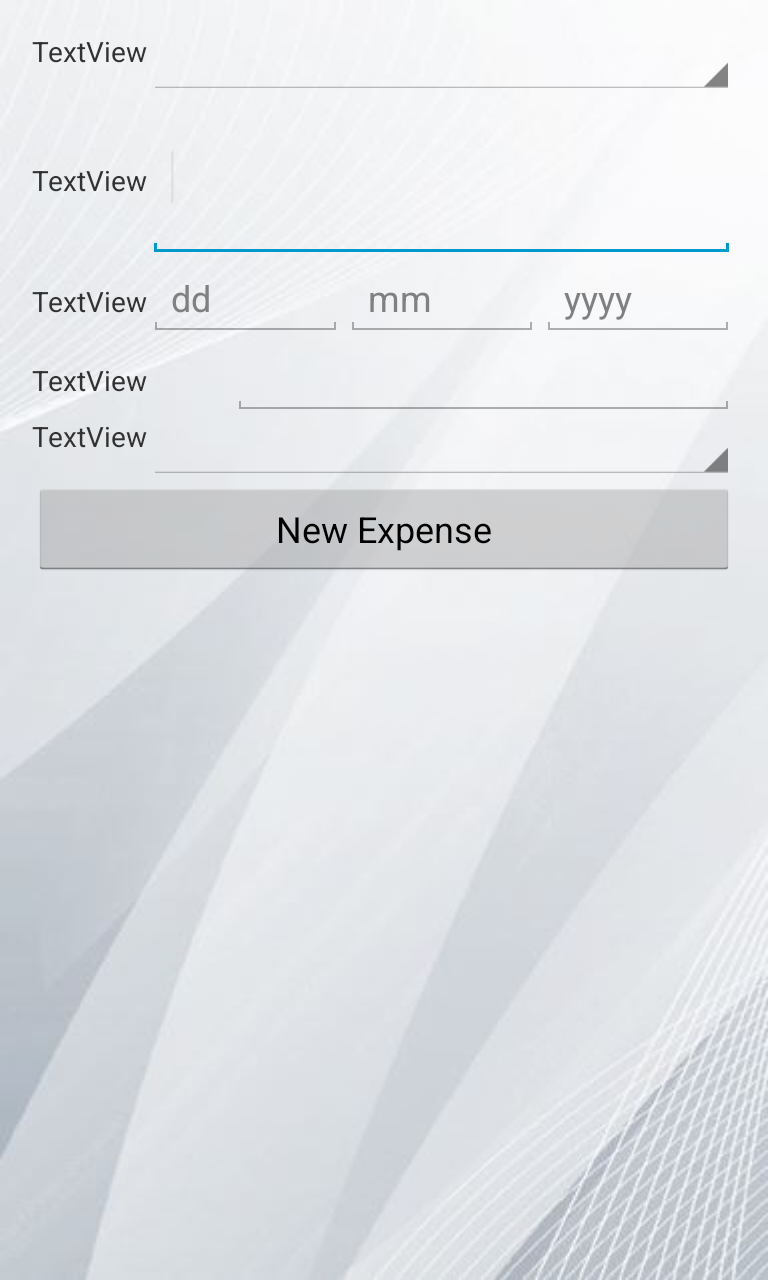
Repository: eorodrig/eorodrigTravelLogger
Layout: TravelLogger/res/layout/activity_new_expense.xml
These files come from the project's save history. The layout is drawn as it stood at one moment and after the next save; the edit follows.
It is drawn on a 768 x 1280 px phone screen (xhdpi) without system bars, with theme AppTheme; the app's code is not run.

Above is the layout before, as saved 2015-01-19 05:48:43.

### TravelLogger/res/layout/activity_new_expense.xml
<RelativeLayout xmlns:android="http://schemas.android.com/apk/res/android"
    xmlns:tools="http://schemas.android.com/tools"
    android:layout_width="match_parent"
    android:layout_height="match_parent"
    android:paddingBottom="@dimen/activity_vertical_margin"
    android:paddingLeft="@dimen/activity_horizontal_margin"
    android:paddingRight="@dimen/activity_horizontal_margin"
    android:paddingTop="@dimen/activity_vertical_margin"
    android:background="@drawable/bg"
    tools:context="com.example.travellogger.NewExpenseActivity" >

    <LinearLayout
        android:layout_width="match_parent"
        android:layout_height="wrap_content"
        android:orientation="vertical" >

        <LinearLayout
            android:layout_width="match_parent"
            android:layout_height="wrap_content" >

            <TextView
                android:id="@+id/textView1"
                android:layout_width="wrap_content"
                android:layout_height="wrap_content"
                android:text="TextView" />

            <Spinner
                android:id="@+id/newExpenseSpinner"
                android:layout_width="wrap_content"
                android:layout_height="wrap_content"
                android:layout_weight="1" />

        </LinearLayout>

        <LinearLayout
            android:layout_width="match_parent"
            android:layout_height="wrap_content" >

            <TextView
                android:id="@+id/textView2"
                android:layout_width="wrap_content"
                android:layout_height="wrap_content"
                android:text="TextView" />

            <EditText
                android:id="@+id/editText1"
                android:layout_width="wrap_content"
                android:layout_height="wrap_content"
                android:layout_weight="1"
                android:ems="10"
                android:inputType="textMultiLine"
                android:lines="3" >

                <requestFocus />
            </EditText>

        </LinearLayout>

        <LinearLayout
            android:layout_width="match_parent"
            android:layout_height="wrap_content" >

            <TextView
                android:id="@+id/textView3"
                android:layout_width="wrap_content"
                android:layout_height="wrap_content"
                android:text="TextView" />

            <EditText
                android:id="@+id/editText2"
                android:layout_width="wrap_content"
                android:layout_height="wrap_content"
                android:layout_weight="1"
                android:ems="10"
                android:hint="dd"
                android:inputType="number" />

            <EditText
                android:id="@+id/editText3"
                android:layout_width="wrap_content"
                android:layout_height="wrap_content"
                android:layout_weight="1"
                android:ems="10"
                android:hint="mm"
                android:inputType="number" />

            <EditText
                android:id="@+id/editText4"
                android:layout_width="wrap_content"
                android:layout_height="wrap_content"
                android:layout_weight="1"
                android:ems="10"
                android:hint="yyyy"
                android:inputType="number" />

        </LinearLayout>

        <LinearLayout
            android:layout_width="match_parent"
            android:layout_height="wrap_content" >

            <TextView
                android:id="@+id/textView4"
                android:layout_width="wrap_content"
                android:layout_height="wrap_content"
                android:layout_weight="1"
                android:text="TextView" />

            <EditText
                android:id="@+id/editText5"
                android:layout_width="wrap_content"
                android:layout_height="wrap_content"
                android:layout_weight="1"
                android:ems="10"
                android:inputType="numberDecimal" />

        </LinearLayout>

        <LinearLayout
            android:layout_width="match_parent"
            android:layout_height="wrap_content" >

            <TextView
                android:id="@+id/textView5"
                android:layout_width="wrap_content"
                android:layout_height="wrap_content"
                android:text="TextView" />

            <Spinner
                android:id="@+id/spinner2"
                android:layout_width="wrap_content"
                android:layout_height="wrap_content"
                android:layout_weight="1" />

        </LinearLayout>

        <LinearLayout
            android:layout_width="match_parent"
            android:layout_height="wrap_content" >

            <Button
                android:id="@+id/AddExpenseButton"
                android:layout_width="match_parent"
                android:layout_height="wrap_content"
                android:text="@string/new_expense_button" />

        </LinearLayout>

    </LinearLayout>

</RelativeLayout>

### TravelLogger/res/values/strings.xml
<?xml version="1.0" encoding="utf-8"?>
<resources>

    <string name="app_name">Expense Logger</string>
    <string name="title_activity_claim_list">Claim List</string>
    <string name="title_activity_expense_list">Expense List</string>
    <string name="title_activity_new_claim">Add New Claim</string>
    <string name="claim_name">Claim Name:</string>
    <string name="claim_description">Description:</string>
    <string name="from_date">From:</string>
    <string name="to_date">To:</string>
    <string name="currency_type">Currency:</string>
    <string name="add_claim_button">Add Claim</string>
    <string name="new_expense_button">New Expense</string>

    <string-array name="selected_item_list">
        <item>View</item>
        <item>Edit</item>
        <item>Delete</item>
    </string-array>

        <string-array name="selected_expese_list">
        <item>Edit</item>
        <item>Delete</item>
    </string-array>

    <string-array name="expense_category_spinner">
        <item>Accomodations: Hotel</item>
        <item>Accomodations: Private Residense</item>
        <item>Event: Registration</item>
        <item>Meal: Breakfast</item>
        <item>Meal: Lunch</item>
        <item>Meal: Dinner</item>
        <item>Travel: Air Fair</item>
        <item>Travel: Vehicle Rental</item>
        <item>Travel: Mileage</item>
        <item>Travel: Fuel</item>
        <item>Travel: Bus Fair</item>
        <item>Travel: Taxi Fair</item>
        <item>Travel: Parking</item>
        <item>Other</item>
    </string-array>

        <string-array name="currency_spinner">
        <item>USD: US Dollars</item>
        <item>CAD: Canadian Dollars</item>
        <item>EUR: Euro</item>
        <item>GBP: Pounds</item>
        <item>CNY: Chinese Yen</item>
        <item>RUB: Rubble</item>
    </string-array>

    <string name="hello_world">Hello world!</string>
    <string name="action_settings">Settings</string>
    <string name="title_activity_new_expense">Expense</string>

</resources>

Loaded but not shown: TravelLogger/res/values/styles.xml (common file); TravelLogger/res/values-v11/styles.xml (common file); TravelLogger/res/values-v14/styles.xml (common file); TravelLogger/res/values/dimens.xml (common file); TravelLogger/res/values-w820dp/dimens.xml (common file)

After the next save:
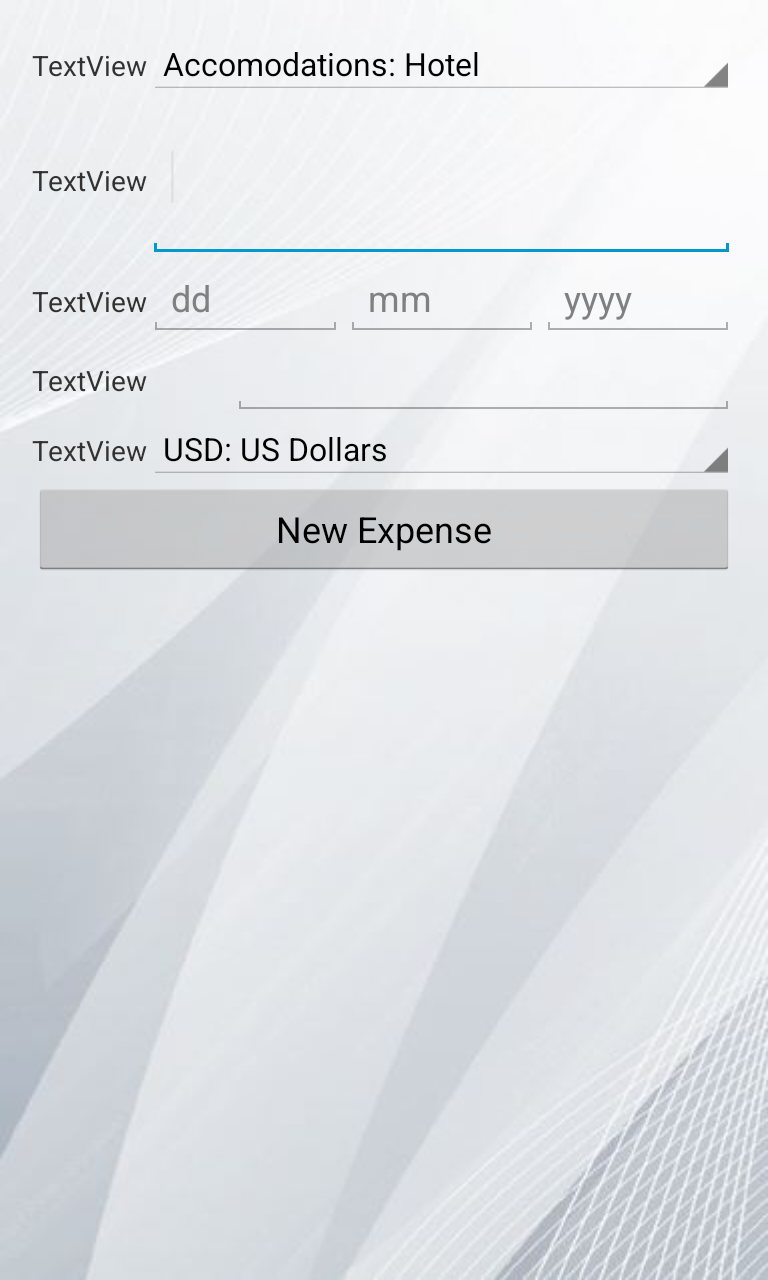
Saved 2 min 20 s later.
--- a/TravelLogger/res/layout/activity_new_expense.xml
+++ b/TravelLogger/res/layout/activity_new_expense.xml
@@ -25,10 +25,11 @@
                 android:text="TextView" />
 
             <Spinner
-                android:id="@+id/newExpenseSpinner"
+                android:id="@+id/NewExpenseTypeSpinner"
                 android:layout_width="wrap_content"
                 android:layout_height="wrap_content"
-                android:layout_weight="1" />
+                android:layout_weight="1"
+                android:entries="@array/expense_category_spinner" />
 
         </LinearLayout>
 
@@ -43,7 +44,7 @@
                 android:text="TextView" />
 
             <EditText
-                android:id="@+id/editText1"
+                android:id="@+id/NewExpenseDescriptionText"
                 android:layout_width="wrap_content"
                 android:layout_height="wrap_content"
                 android:layout_weight="1"
@@ -67,7 +68,7 @@
                 android:text="TextView" />
 
             <EditText
-                android:id="@+id/editText2"
+                android:id="@+id/NewExpenseDayText"
                 android:layout_width="wrap_content"
                 android:layout_height="wrap_content"
                 android:layout_weight="1"
@@ -76,7 +77,7 @@
                 android:inputType="number" />
 
             <EditText
-                android:id="@+id/editText3"
+                android:id="@+id/NewExpenseMonthText"
                 android:layout_width="wrap_content"
                 android:layout_height="wrap_content"
                 android:layout_weight="1"
@@ -85,7 +86,7 @@
                 android:inputType="number" />
 
             <EditText
-                android:id="@+id/editText4"
+                android:id="@+id/NewExpenseYearText"
                 android:layout_width="wrap_content"
                 android:layout_height="wrap_content"
                 android:layout_weight="1"
@@ -107,7 +108,7 @@
                 android:text="TextView" />
 
             <EditText
-                android:id="@+id/editText5"
+                android:id="@+id/NewExpenseAmountText"
                 android:layout_width="wrap_content"
                 android:layout_height="wrap_content"
                 android:layout_weight="1"
@@ -127,10 +128,11 @@
                 android:text="TextView" />
 
             <Spinner
-                android:id="@+id/spinner2"
+                android:id="@+id/NewExpenseCurrencySpinner"
                 android:layout_width="wrap_content"
                 android:layout_height="wrap_content"
-                android:layout_weight="1" />
+                android:layout_weight="1"
+                android:entries="@array/currency_spinner" />
 
         </LinearLayout>
 
